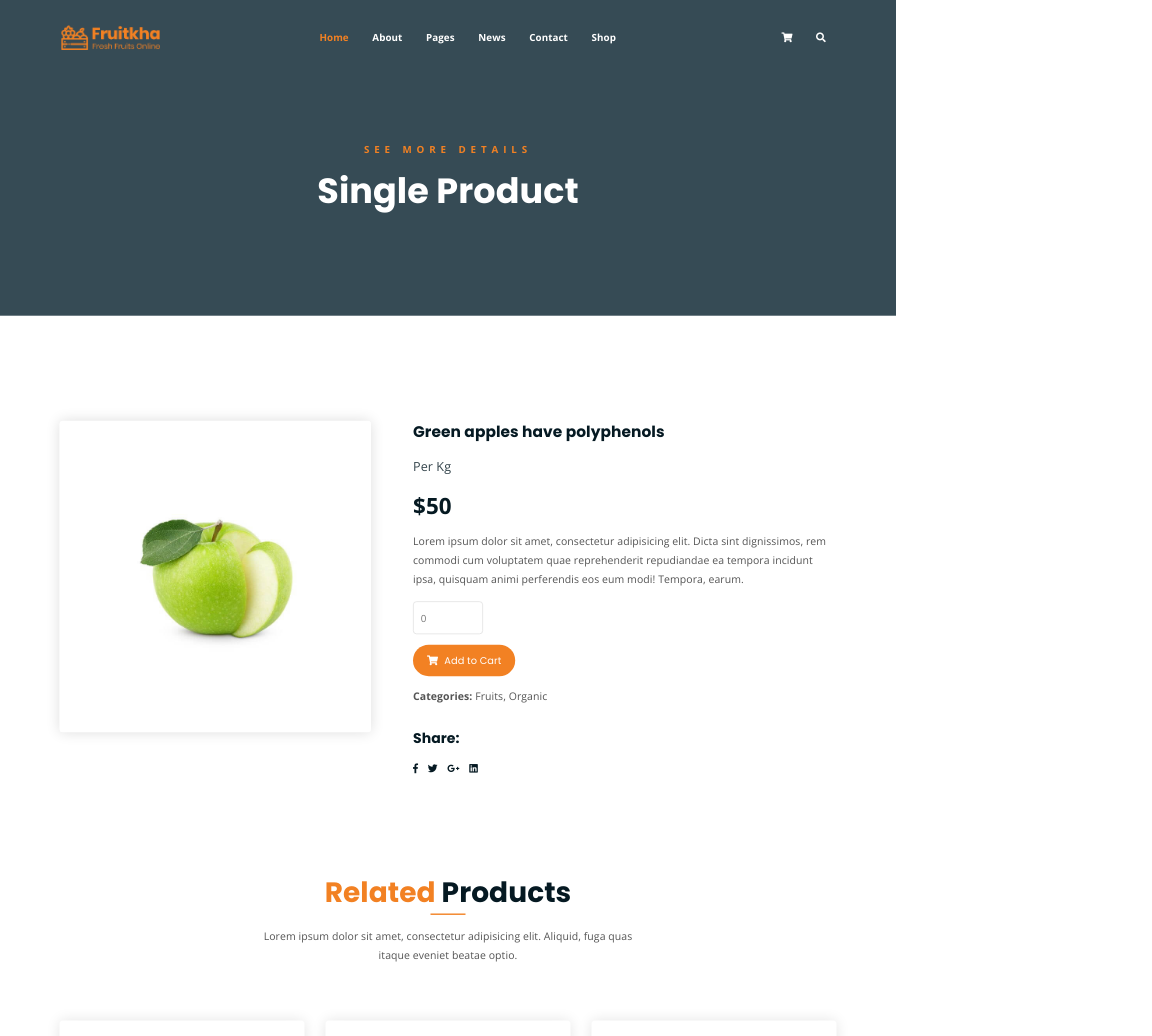
Repository: PhamHao1412/fruit_web
Page: single-product.html
An editor plug-in stored every save of this project. The page is shown before and after the next save, followed by the edit.
The browser window is 1280 px wide. The page is 1280 px wide, then 1645 px, then 1280 px, so the pictures cover 1645 px, including what lies to the right of the window. The pictures show the part of the page from y = 0 to 1480 px (the page is 3037 px tall before and 3213 px after), at 70% of full size.
Backgrounds fixed to the window are drawn as part of the page.

Above is the page before, as saved 2023-06-06 09:24:12.

### single-product.html
<!DOCTYPE html>
<html lang="en">
  <head>
    <meta charset="UTF-8" />
    <meta http-equiv="X-UA-Compatible" content="IE=edge" />
    <meta name="viewport" content="width=device-width, initial-scale=1" />
    <meta
      name="description"
      content="Responsive Bootstrap4 Shop Template, Created by Imran Hossain from https://imransdesign.com/"
    />

    <!-- title -->
    <title>Single Product</title>

    <!-- favicon -->
    <link rel="shortcut icon" type="image/png" href="assets/img/favicon.png" />
    <!-- google font -->
    <link
      href="https://fonts.googleapis.com/css?family=Open+Sans:300,400,700"
      rel="stylesheet"
    />
    <link
      href="https://fonts.googleapis.com/css?family=Poppins:400,700&display=swap"
      rel="stylesheet"
    />
    <!-- fontawesome -->
    <link rel="stylesheet" href="assets/css/all.min.css" />
    <!-- bootstrap -->
    <link rel="stylesheet" href="assets/bootstrap/css/bootstrap.min.css" />
    <!-- owl carousel -->
    <link rel="stylesheet" href="assets/css/owl.carousel.css" />
    <!-- magnific popup -->
    <link rel="stylesheet" href="assets/css/magnific-popup.css" />
    <!-- animate css -->
    <link rel="stylesheet" href="assets/css/animate.css" />
    <!-- mean menu css -->
    <link rel="stylesheet" href="assets/css/meanmenu.min.css" />
    <!-- main style -->
    <link rel="stylesheet" href="assets/css/main.css" />
    <!-- responsive -->
    <link rel="stylesheet" href="assets/css/responsive.css" />
  </head>
  <body>
    <!--PreLoader-->
    <div class="loader">
      <div class="loader-inner">
        <div class="circle"></div>
      </div>
    </div>
    <!--PreLoader Ends-->

    <!-- header -->
    <div class="top-header-area" id="sticker">
      <div class="container">
        <div class="row">
          <div class="col-lg-12 col-sm-12 text-center">
            <div class="main-menu-wrap">
              <!-- logo -->
              <div class="site-logo">
                <a href="index.html">
                  <img src="assets/img/logo.png" alt="" />
                </a>
              </div>
              <!-- logo -->

              <!-- menu start -->
              <nav class="main-menu">
                <ul>
                  <li class="current-list-item">
                    <a href="#">Home</a>
                    <ul class="sub-menu">
                      <li><a href="index.html">Static Home</a></li>
                      <li><a href="index_2.html">Slider Home</a></li>
                    </ul>
                  </li>
                  <li><a href="about.html">About</a></li>
                  <li>
                    <a href="#">Pages</a>
                    <ul class="sub-menu">
                      <li><a href="404.html">404 page</a></li>
                      <li><a href="about.html">About</a></li>
                      <li><a href="cart.html">Cart</a></li>
                      <li><a href="checkout.html">Check Out</a></li>
                      <li><a href="contact.html">Contact</a></li>
                      <li><a href="news.html">News</a></li>
                      <li><a href="shop.html">Shop</a></li>
                    </ul>
                  </li>
                  <li>
                    <a href="news.html">News</a>
                    <ul class="sub-menu">
                      <li><a href="news.html">News</a></li>
                      <li><a href="single-news.html">Single News</a></li>
                    </ul>
                  </li>
                  <li><a href="contact.html">Contact</a></li>
                  <li>
                    <a href="shop.html">Shop</a>
                    <ul class="sub-menu">
                      <li><a href="shop.html">Shop</a></li>
                      <li><a href="checkout.html">Check Out</a></li>
                      <li><a href="single-product.html">Single Product</a></li>
                      <li><a href="cart.html">Cart</a></li>
                    </ul>
                  </li>
                  <li>
                    <div class="header-icons">
                      <a class="shopping-cart" href="cart.html"
                        ><i class="fas fa-shopping-cart"></i
                      ></a>
                      <a class="mobile-hide search-bar-icon" href="#"
                        ><i class="fas fa-search"></i
                      ></a>
                    </div>
                  </li>
                </ul>
              </nav>
              <a class="mobile-show search-bar-icon" href="#"
                ><i class="fas fa-search"></i
              ></a>
              <div class="mobile-menu"></div>
              <!-- menu end -->
            </div>
          </div>
        </div>
      </div>
    </div>
    <!-- end header -->

    <!-- search area -->
    <div class="search-area">
      <div class="container">
        <div class="row">
          <div class="col-lg-12">
            <span class="close-btn"><i class="fas fa-window-close"></i></span>
            <div class="search-bar">
              <div class="search-bar-tablecell">
                <h3>Search For:</h3>
                <input type="text" placeholder="Keywords" />
                <button type="submit">
                  Search <i class="fas fa-search"></i>
                </button>
              </div>
            </div>
          </div>
        </div>
      </div>
    </div>
    <!-- end search arewa -->

    <!-- breadcrumb-section -->
    <div class="breadcrumb-section breadcrumb-bg">
      <div class="container">
        <div class="row">
          <div class="col-lg-8 offset-lg-2 text-center">
            <div class="breadcrumb-text">
              <p>See more Details</p>
              <h1>Single Product</h1>
            </div>
          </div>
        </div>
      </div>
    </div>
    <!-- end breadcrumb section -->

    <!-- single product -->
    <div class="single-product mt-150 mb-150">
      <div class="container">
        <div class="row">
          <div class="col-md-5">
            <div class="single-product-img">
              <img src="assets/img/products/product-img-5.jpg" alt="" />
            </div>
          </div>
          <div class="col-md-7">
            <div class="single-product-content">
              <h3>Green apples have polyphenols</h3>
              <p class="single-product-pricing"><span>Per Kg</span> $50</p>
              <p>
                Lorem ipsum dolor sit amet, consectetur adipisicing elit. Dicta
                sint dignissimos, rem commodi cum voluptatem quae reprehenderit
                repudiandae ea tempora incidunt ipsa, quisquam animi perferendis
                eos eum modi! Tempora, earum.
              </p>
              <div class="single-product-form">
                <form action="index.html">
                  <input type="number" placeholder="0" />
                </form>
                <a href="cart.html" class="cart-btn"
                  ><i class="fas fa-shopping-cart"></i> Add to Cart</a
                >
                <p><strong>Categories: </strong>Fruits, Organic</p>
              </div>
              <h4>Share:</h4>
              <ul class="product-share">
                <li>
                  <a href=""><i class="fab fa-facebook-f"></i></a>
                </li>
                <li>
                  <a href=""><i class="fab fa-twitter"></i></a>
                </li>
                <li>
                  <a href=""><i class="fab fa-google-plus-g"></i></a>
                </li>
                <li>
                  <a href=""><i class="fab fa-linkedin"></i></a>
                </li>
              </ul>
            </div>
          </div>
        </div>
      </div>
    </div>
    <!-- end single product -->

    <!-- more products -->
    <div class="more-products mb-150">
      <div class="container">
        <div class="row">
          <div class="col-lg-8 offset-lg-2 text-center">
            <div class="section-title">
              <h3><span class="orange-text">Related</span> Products</h3>
              <p>
                Lorem ipsum dolor sit amet, consectetur adipisicing elit.
                Aliquid, fuga quas itaque eveniet beatae optio.
              </p>
            </div>
          </div>
        </div>
        <div class="row">
          <div class="col-lg-4 col-md-6 text-center">
            <div class="single-product-item">
              <div class="product-image">
                <a href="single-product.html"
                  ><img src="assets/img/products/product-img-1.jpg" alt=""
                /></a>
              </div>
              <h3>Strawberry</h3>
              <p class="product-price"><span>Per Kg</span> 85$</p>
              <a href="cart.html" class="cart-btn"
                ><i class="fas fa-shopping-cart"></i> Add to Cart</a
              >
            </div>
          </div>
          <div class="col-lg-4 col-md-6 text-center">
            <div class="single-product-item">
              <div class="product-image">
                <a href="single-product.html"
                  ><img src="assets/img/products/product-img-2.jpg" alt=""
                /></a>
              </div>
              <h3>Berry</h3>
              <p class="product-price"><span>Per Kg</span> 70$</p>
              <a href="cart.html" class="cart-btn"
                ><i class="fas fa-shopping-cart"></i> Add to Cart</a
              >
            </div>
          </div>
          <div class="col-lg-4 col-md-6 offset-lg-0 offset-md-3 text-center">
            <div class="single-product-item">
              <div class="product-image">
                <a href="single-product.html"
                  ><img src="assets/img/products/product-img-3.jpg" alt=""
                /></a>
              </div>
              <h3>Lemon</h3>
              <p class="product-price"><span>Per Kg</span> 35$</p>
              <a href="cart.html" class="cart-btn"
                ><i class="fas fa-shopping-cart"></i> Add to Cart</a
              >
            </div>
          </div>
        </div>
      </div>
    </div>
    <!-- end more products -->

    <!-- logo carousel -->
    <div class="logo-carousel-section">
      <div class="container">
        <div class="row">
          <div class="col-lg-12">
            <div class="logo-carousel-inner">
              <div class="single-logo-item">
                <img src="assets/img/company-logos/1.png" alt="" />
              </div>
              <div class="single-logo-item">
                <img src="assets/img/company-logos/2.png" alt="" />
              </div>
              <div class="single-logo-item">
                <img src="assets/img/company-logos/3.png" alt="" />
              </div>
              <div class="single-logo-item">
                <img src="assets/img/company-logos/4.png" alt="" />
              </div>
              <div class="single-logo-item">
                <img src="assets/img/company-logos/5.png" alt="" />
              </div>
            </div>
          </div>
        </div>
      </div>
    </div>
    <!-- end logo carousel -->

    <!-- footer -->
    <div class="footer-area">
      <div class="container">
        <div class="row">
          <div class="col-lg-3 col-md-6">
            <div class="footer-box about-widget">
              <h2 class="widget-title">About us</h2>
              <p>
                Ut enim ad minim veniam perspiciatis unde omnis iste natus error
                sit voluptatem accusantium doloremque laudantium, totam rem
                aperiam, eaque ipsa quae.
              </p>
            </div>
          </div>
          <div class="col-lg-3 col-md-6">
            <div class="footer-box get-in-touch">
              <h2 class="widget-title">Get in Touch</h2>
              <ul>
                <li>34/8, East Hukupara, Gifirtok, Sadan.</li>
                <li>support@fruitkha.com</li>
                <li>+00 111 222 3333</li>
              </ul>
            </div>
          </div>
          <div class="col-lg-3 col-md-6">
            <div class="footer-box pages">
              <h2 class="widget-title">Pages</h2>
              <ul>
                <li><a href="index.html">Home</a></li>
                <li><a href="about.html">About</a></li>
                <li><a href="services.html">Shop</a></li>
                <li><a href="news.html">News</a></li>
                <li><a href="contact.html">Contact</a></li>
              </ul>
            </div>
          </div>
          <div class="col-lg-3 col-md-6">
            <div class="footer-box subscribe">
              <h2 class="widget-title">Subscribe</h2>
              <p>Subscribe to our mailing list to get the latest updates.</p>
              <form action="index.html">
                <input type="email" placeholder="Email" />
                <button type="submit">
                  <i class="fas fa-paper-plane"></i>
                </button>
              </form>
            </div>
          </div>
        </div>
      </div>
    </div>
    <!-- end footer -->

    <!-- copyright -->
    <div class="copyright">
      <div class="container">
        <div class="row">
          <div class="col-lg-6 col-md-12">
            <p>
              Copyrights &copy; 2019 -
              <a href="https://imransdesign.com/">Imran Hossain</a>, All Rights
              Reserved.<br />
              Distributed By - <a href="https://themewagon.com/">Themewagon</a>
            </p>
          </div>
          <div class="col-lg-6 text-right col-md-12">
            <div class="social-icons">
              <ul>
                <li>
                  <a href="#" target="_blank"
                    ><i class="fab fa-facebook-f"></i
                  ></a>
                </li>
                <li>
                  <a href="#" target="_blank"><i class="fab fa-twitter"></i></a>
                </li>
                <li>
                  <a href="#" target="_blank"
                    ><i class="fab fa-instagram"></i
                  ></a>
                </li>
                <li>
                  <a href="#" target="_blank"
                    ><i class="fab fa-linkedin"></i
                  ></a>
                </li>
                <li>
                  <a href="#" target="_blank"
                    ><i class="fab fa-dribbble"></i
                  ></a>
                </li>
              </ul>
            </div>
          </div>
        </div>
      </div>
    </div>
    <!-- end copyright -->

    <!-- jquery -->
    <script src="assets/js/jquery-1.11.3.min.js"></script>
    <!-- bootstrap -->
    <script src="assets/bootstrap/js/bootstrap.min.js"></script>
    <!-- count down -->
    <script src="assets/js/jquery.countdown.js"></script>
    <!-- isotope -->
    <script src="assets/js/jquery.isotope-3.0.6.min.js"></script>
    <!-- waypoints -->
    <script src="assets/js/waypoints.js"></script>
    <!-- owl carousel -->
    <script src="assets/js/owl.carousel.min.js"></script>
    <!-- magnific popup -->
    <script src="assets/js/jquery.magnific-popup.min.js"></script>
    <!-- mean menu -->
    <script src="assets/js/jquery.meanmenu.min.js"></script>
    <!-- sticker js -->
    <script src="assets/js/sticker.js"></script>
    <!-- main js -->
    <script src="assets/js/main.js"></script>
  </body>
</html>

Loaded but not shown: assets/css/all.min.css (library); assets/bootstrap/css/bootstrap.min.css (library); assets/css/owl.carousel.css (library); assets/css/magnific-popup.css (library); assets/css/animate.css (library); assets/css/meanmenu.min.css (common file); assets/js/jquery-1.11.3.min.js (library); assets/bootstrap/js/bootstrap.min.js (library); assets/js/jquery.countdown.js (library); assets/js/jquery.isotope-3.0.6.min.js (library); assets/js/waypoints.js (library); assets/js/owl.carousel.min.js (library); assets/js/jquery.magnific-popup.min.js (library); assets/js/jquery.meanmenu.min.js (library); assets/js/sticker.js (288 lines, source omitted); assets/js/main.js (168 lines, source omitted); assets/css/main.css (2757 lines, source omitted); assets/css/responsive.css (579 lines, source omitted)

After the next save:
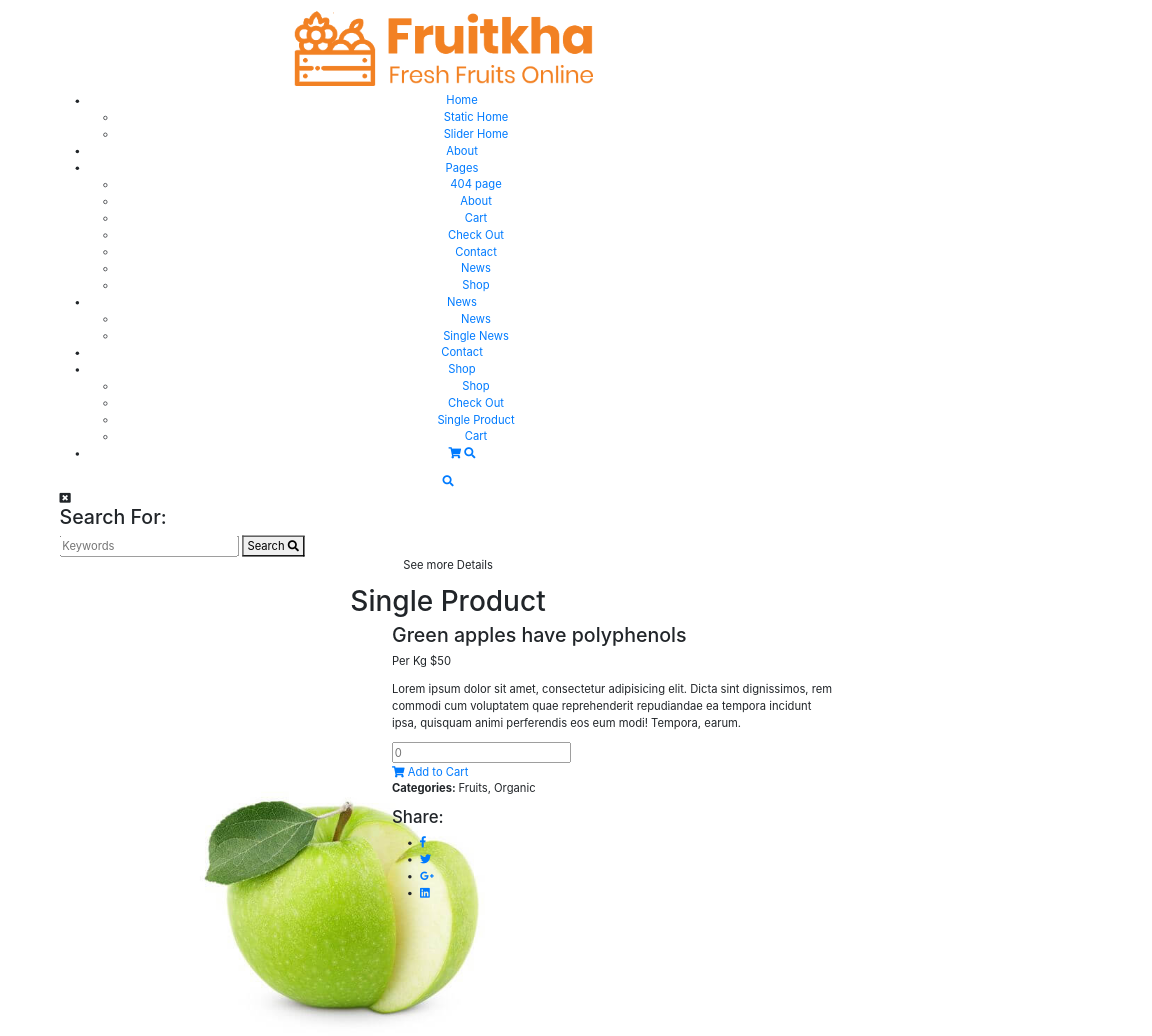
Saved 25 s later.
--- a/single-product.html
+++ b/single-product.html
@@ -34,9 +34,9 @@
     <!-- animate css -->
     <link rel="stylesheet" href="assets/css/animate.css" />
     <!-- mean menu css -->
-    <link rel="stylesheet" href="assets/css/meanmenu.min.css" />
+    <!-- <link rel="stylesheet" href="assets/css/meanmenu.min.css" /> -->
     <!-- main style -->
-    <link rel="stylesheet" href="assets/css/main.css" />
+    <!-- <link rel="stylesheet" href="assets/css/main.css" /> -->
     <!-- responsive -->
     <link rel="stylesheet" href="assets/css/responsive.css" />
   </head>

After the save that followed:
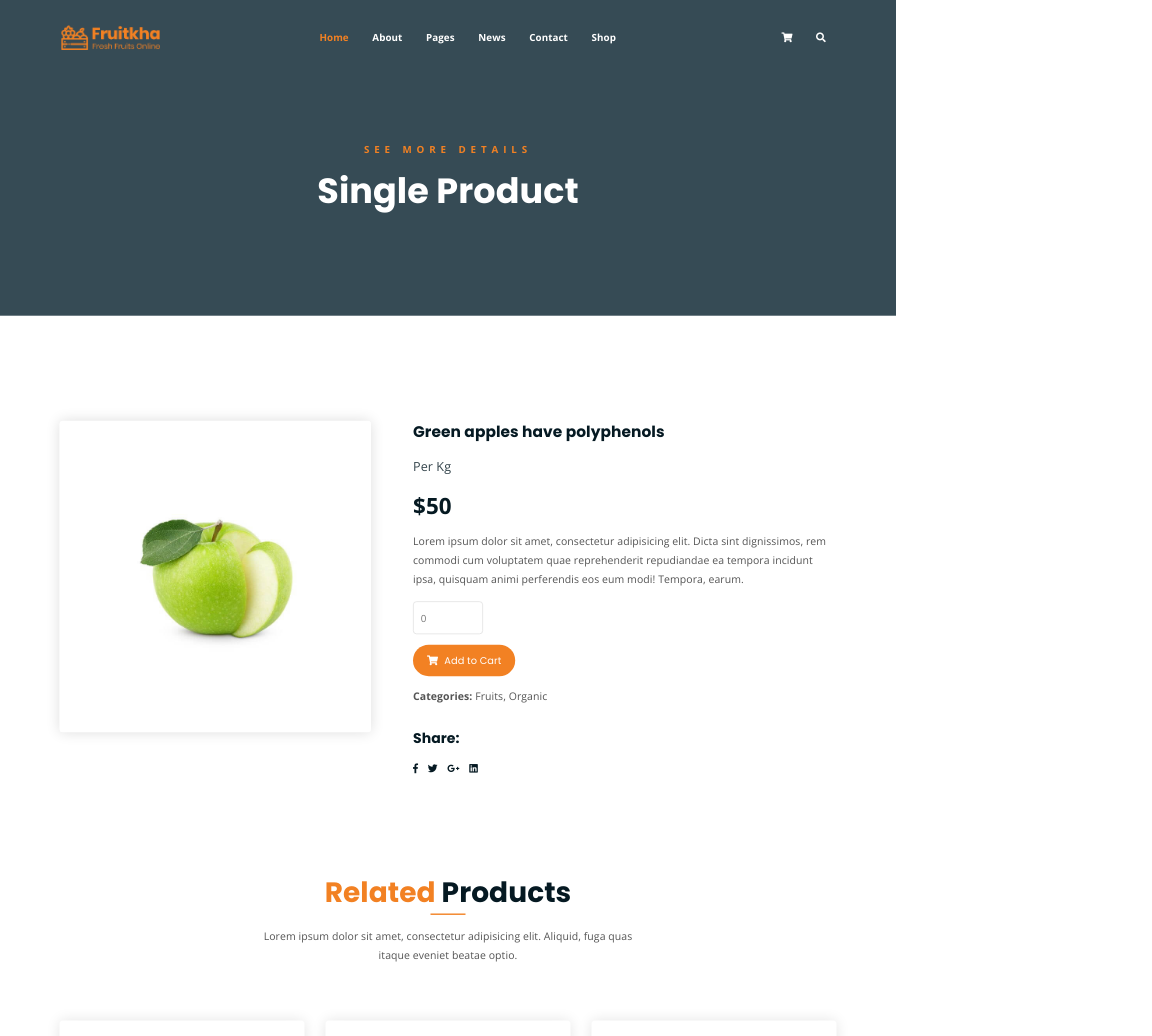
Saved 36 s later.
--- a/single-product.html
+++ b/single-product.html
@@ -34,9 +34,9 @@
     <!-- animate css -->
     <link rel="stylesheet" href="assets/css/animate.css" />
     <!-- mean menu css -->
-    <!-- <link rel="stylesheet" href="assets/css/meanmenu.min.css" /> -->
+    <link rel="stylesheet" href="assets/css/meanmenu.min.css" />
     <!-- main style -->
-    <!-- <link rel="stylesheet" href="assets/css/main.css" /> -->
+    <link rel="stylesheet" href="assets/css/main.css" />
     <!-- responsive -->
     <link rel="stylesheet" href="assets/css/responsive.css" />
   </head>
